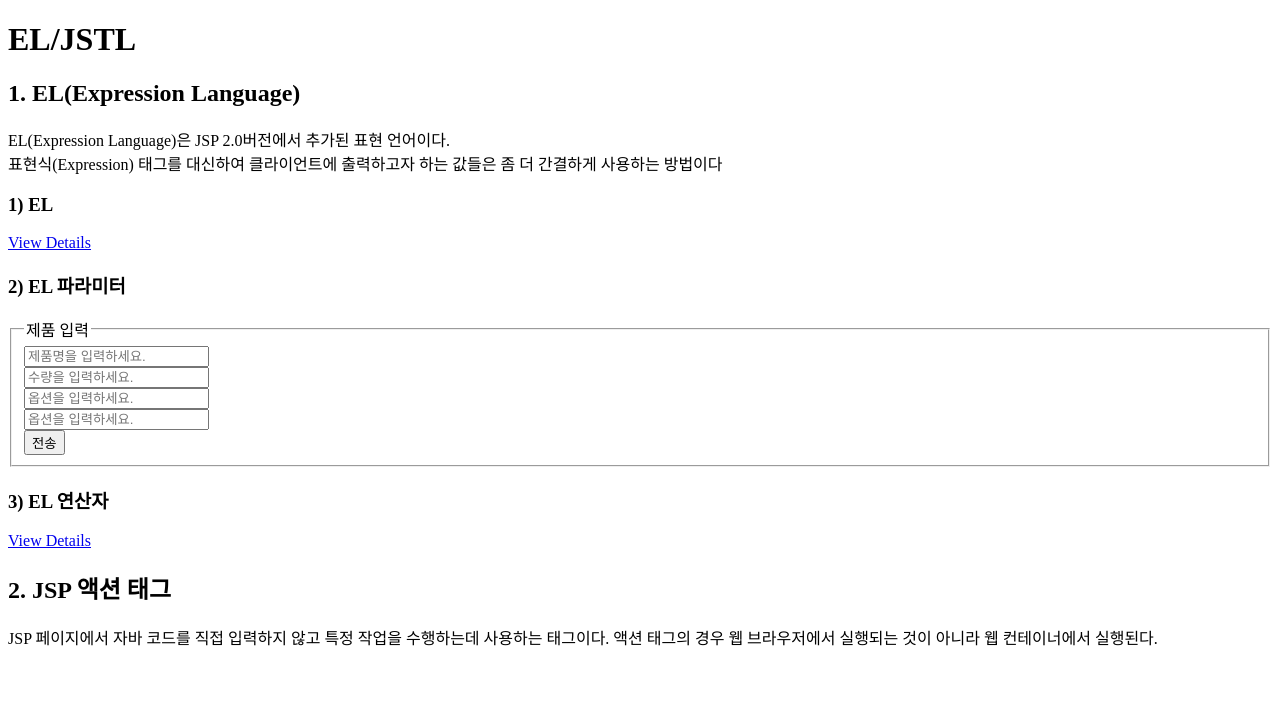
Repository: Parknogyung/Backend
Page: http://localhost/03_EL_JSTL/
The author's editor kept a copy of each file at every save. The page is drawn from the files as they stood at one save, then again after the next save.
The browser window is 1280 px wide. The pictures show the whole page.
The page is served by Tomcat 9. Other server files are loaded and not shown.

Above is the page before, as saved 2022-07-13 00:26:25.

### 03_EL_JSTL/src/main/webapp/index.jsp
<%@ page language="java" contentType="text/html; charset=UTF-8"
    pageEncoding="UTF-8"%>
<!DOCTYPE html>
<html>
<head>
<meta charset="UTF-8">
<title>EL/JSTL</title>
</head>
<body>
	<h1>EL/JSTL</h1>

	<h2>1. EL(Expression Language)</h2>
	<p>
		EL(Expression Language)은 JSP 2.0버전에서 추가된 표현 언어이다. <br>
		표현식(Expression) 태그를 대신하여 클라이언트에 출력하고자 하는 값들은 좀 더 간결하게 사용하는 방법이다
	</p>

	<h3>1) EL</h3>

	<a href="el.do">View Details</a>

	<h3>2) EL 파라미터</h3>
	<form action="${ pageContext.request.contextPath }/views/el/elParam.jsp" method="GET">
		<fieldset>
			<legend>제품 입력</legend>
			<input type="text" name="pName" placeholder="제품명을 입력하세요."> <br>
			<input type="number" name="pCount" placeholder="수량을 입력하세요."> <br>
			<input type="text" name="option" placeholder="옵션을 입력하세요."> <br>
			<input type="text" name="option" placeholder="옵션을 입력하세요."> <br>

			<input type="submit" value="전송">
		</fieldset>
	</form>

	<h3>3) EL 연산자</h3>
	<a href="${ pageContext.request.contextPath }/views/el/elOperators.jsp">View Details</a>

	<h2>2. JSP 액션 태그</h2>
	<p>
		JSP 페이지에서 자바 코드를 직접 입력하지 않고 특정 작업을 수행하는데 사용하는 태그이다.
		액션 태그의 경우 웹 브라우저에서 실행되는 것이 아니라 웹 컨테이너에서 실행된다.
	</p>




</body>
</html>

After the next save:
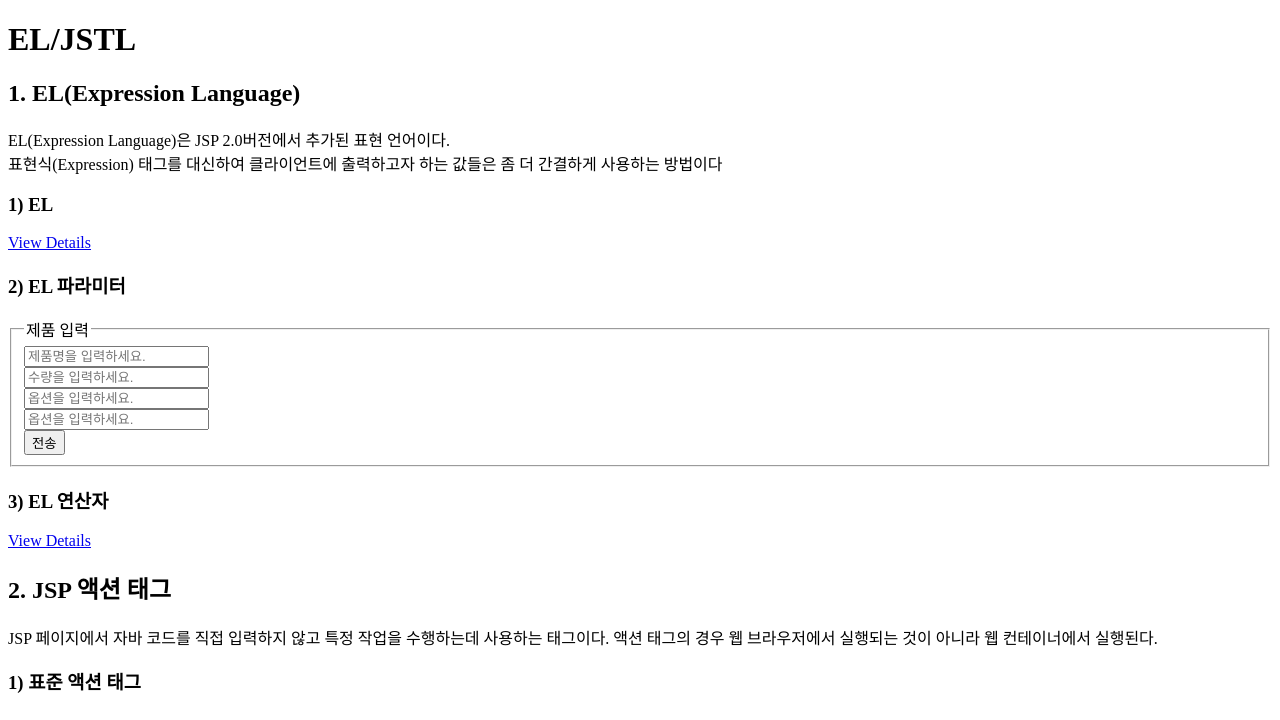
Saved 40 s later.
--- a/03_EL_JSTL/src/main/webapp/index.jsp
+++ b/03_EL_JSTL/src/main/webapp/index.jsp
@@ -41,6 +41,9 @@
 		액션 태그의 경우 웹 브라우저에서 실행되는 것이 아니라 웹 컨테이너에서 실행된다.
 	</p>
 
+	<h3>1) 표준 액션 태그</h3>
+	<p>
+	</p>
 
 
 
